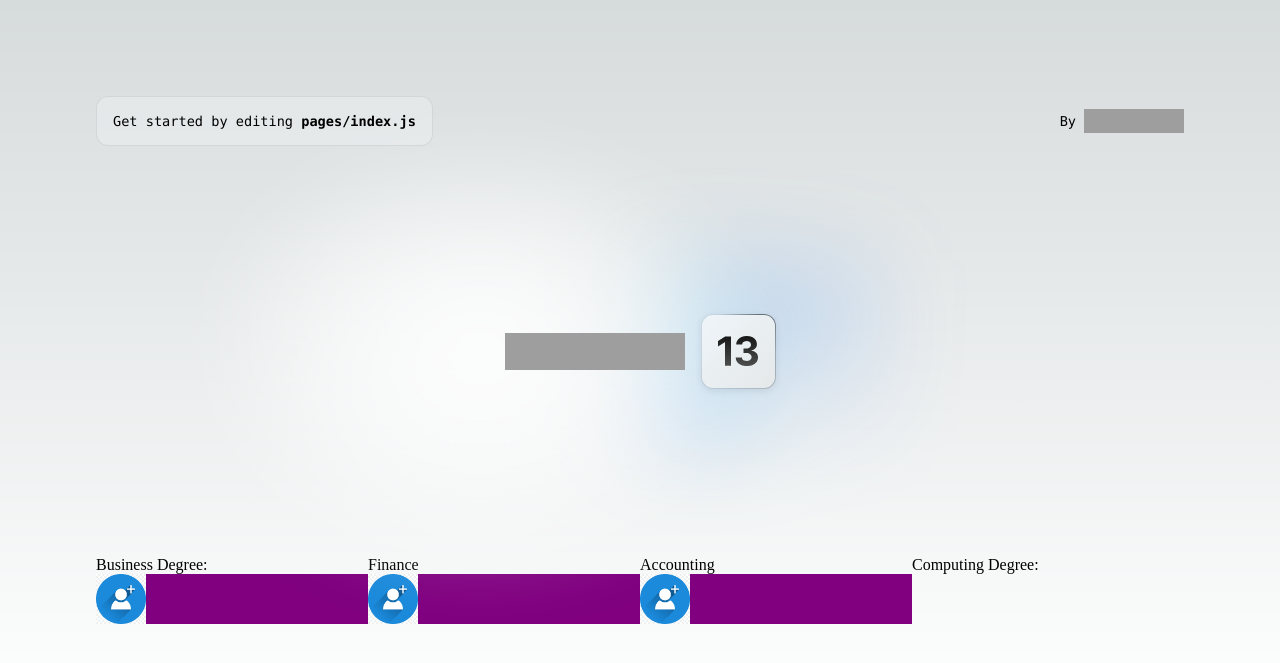
Repository: KushalK04/week3
Page: /
The author's editor kept a copy of each file at every save. The page is drawn from the files as they stood at one save, then again after the next save.
The browser window is 1280 px wide. The pictures show the whole page.
Pictures or frames that could not be fetched are drawn as grey boxes. The project was rebuilt for these pictures with package versions that can differ from the ones it lists, and the page was loaded fresh each time. The framework's server and built-in components were replaced by stand-ins that run in the browser. Also part of the build but not shown: next.config.js.

Above is the page before, as saved 2023-01-16 15:06:25.

After the next save:
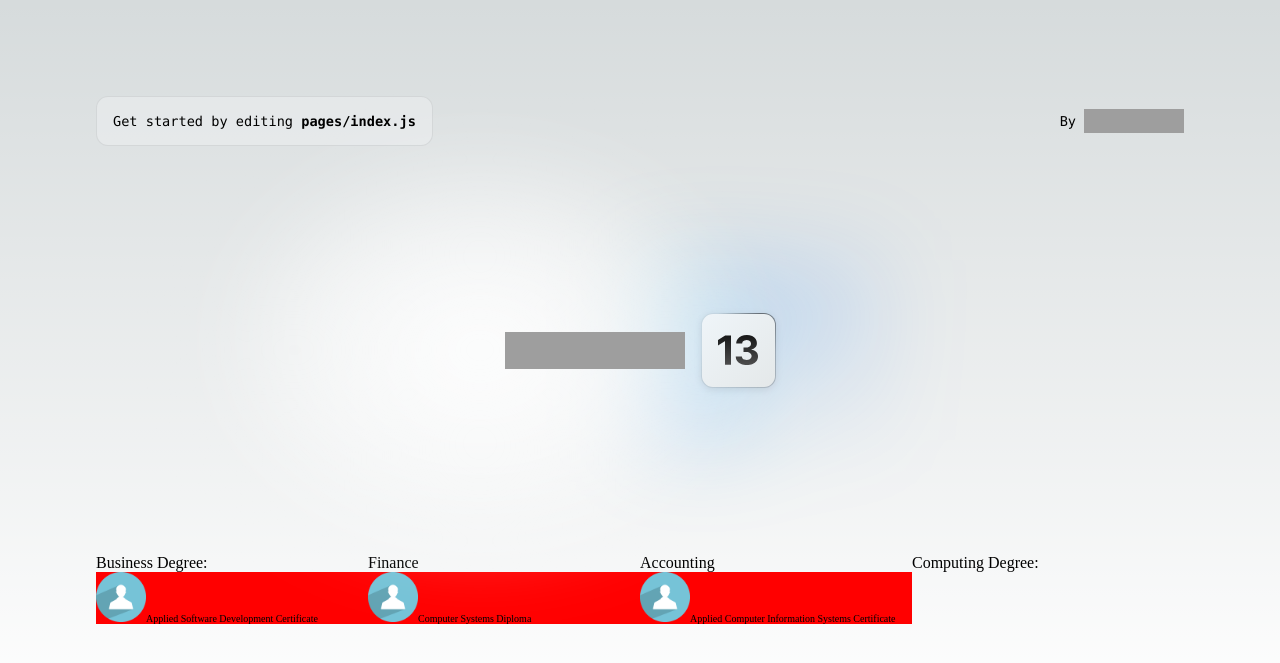
Saved 79 s later.
--- a/pages/index.js
+++ b/pages/index.js
@@ -86,7 +86,7 @@ export default function Home() {
               if(info.department === "Computing") {
 
                 return(
-                  <Card key={index} />
+                  <Card key={index} degree={info.degree} colour="red" font="10px"/>
                 )
 
               }
